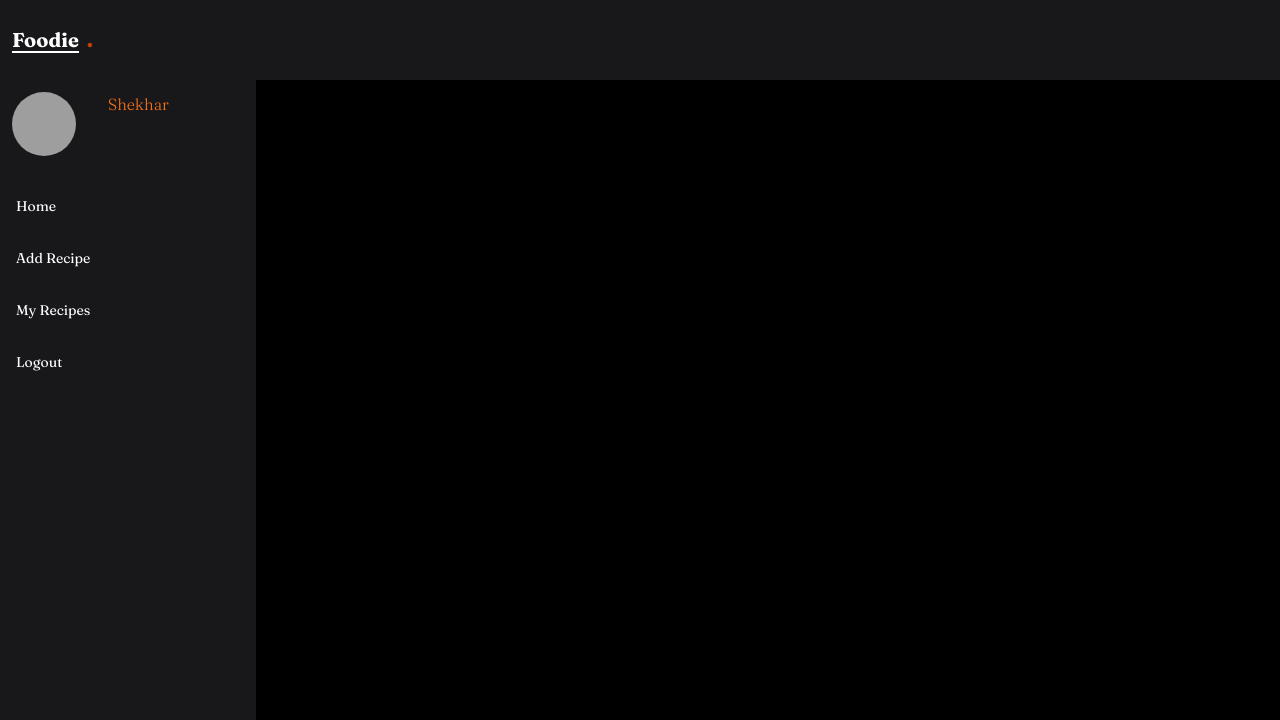
Repository: chandra11148/Foodie
Page: /dashboard (app in Frontend/)
These files come from the project's save history. The page is drawn as it stood at one moment and after the next save; the edit follows.
The browser window is 1280 px wide. The pictures show the whole page.
Pictures or frames that could not be fetched are drawn as grey boxes. The page's requests for data from a server got no answer. An inner scrolling area shows only its first screen. The project was rebuilt for these pictures with package versions that can differ from the ones it lists, and the page was loaded fresh each time. No one was signed in, and anything a server would have sent is missing. Also part of the build but not shown: Frontend/vite.config.ts, Frontend/src/components/form.tsx, Frontend/src/components/input.tsx, Frontend/src/utils/validate-email.ts, Frontend/src/utils/index.ts, Frontend/src/pages/Landing/index.tsx.

Above is the page before, as saved 2024-02-25 18:49:03.

### Frontend/index.html
<!doctype html>
<html lang="en">
  <head>
    <meta charset="UTF-8" />
    <link rel="icon" type="image/svg+xml" href="/vite.svg" />
    <meta name="viewport" content="width=device-width, initial-scale=1.0" />
    <title>Foodie</title>
  </head>
  <body>
    <div id="root"></div>
    <script type="module" src="/src/main.tsx"></script>
  </body>
</html>

### Frontend/src/main.tsx
import React from 'react'
import ReactDOM from 'react-dom/client'
import App from './App.tsx'
import './index.css'
import { AuthenticationContextProvider } from './context/auth-context.tsx'

ReactDOM.createRoot(document.getElementById('root')!).render(
  <React.StrictMode>
    <AuthenticationContextProvider>
      <App />
    </AuthenticationContextProvider>

  </React.StrictMode>,
)

### Frontend/src/App.tsx
import { Suspense, useState } from "react";
import { createBrowserRouter, RouterProvider } from "react-router-dom";
import { Landing } from "./pages/Landing";
import { Home } from "./pages/Dashboard";
import { DashboardLayout } from "./layouts";

function App() {
  const router = createBrowserRouter([
    {
      path: "/",
      element: <Landing/>,
      errorElement: <div>ErrorPage</div>,
    },
    {
      path:"/dashboard",
      element:<DashboardLayout/>,
      errorElement: <div>Error page 2</div>,
      children:[
        {
          path:'/dashboard',
          element: <Home/>
        }
      ]
    }
  ]);

  return (

      <div className="h-[100vh] w-[100vw]">
        <Suspense fallback={<div>Loading</div>}>
          <RouterProvider
            router={router}
            fallbackElement={<div>Fallback Element</div>}
          />
        </Suspense>
      </div>
  );
}

export default App;

### Frontend/src/index.css
@import url('https://fonts.googleapis.com/css2?family=Fraunces:ital,opsz,wght@0,9..144,100..900;1,9..144,100..900&display=swap');

@tailwind base;
@tailwind components;
@tailwind utilities;

body{
    padding: 0;
    margin: 0;
}
#root{
    padding: 0;
    margin: 0;
}

### Frontend/src/context/auth-context.tsx
import { useState, createContext, useEffect, ReactNode } from "react";
import { AUTH_TYPE, ILOGINRESPONSE } from "../@types";
import { useAuth } from "../hooks";

export const AuthenticationContext = createContext<AUTH_TYPE | null>(null);

export const AuthenticationContextProvider = ({
  children,
}: {
  children: ReactNode;
}) => {
  const { loading, login } = useAuth();
  const [user, setUser] = useState<string>("");

  useEffect(() => {
    const token = sessionStorage.getItem("token");
    const storedUser = sessionStorage.getItem("email");

    if (storedUser !== undefined && storedUser !== null && token) {
      setUser(storedUser);
    }
  }, []);

  const onLogin = async (payload: {
    email: string;
    password: string;
  }): Promise<any> => {
    const response: ILOGINRESPONSE = await login(payload);
    if (response) {
      sessionStorage.setItem("token", response?.token);
      sessionStorage.setItem("email", response?.email);
      sessionStorage.setItem("id", response?.id);

      setUser(response?.email);
      return (window.location.href = "/dashboard");
    }
  };

  const onLogout = (): any => {
    sessionStorage.removeItem("token");
    sessionStorage.removeItem("email");
    sessionStorage.removeItem("id");
    return (window.location.href = "/");
  };
  return (
    <AuthenticationContext.Provider
      value={{
        user,
        loading,
        onLogin,
        onLogout,
      }}
    >
      {children}
    </AuthenticationContext.Provider>
  );

}

### Frontend/src/layouts/index.ts
import { DashboardLayout } from "./dashboard";

export { DashboardLayout };

### Frontend/src/hooks/index.ts
import { useAuth } from "./auth";
export { useAuth };

### Frontend/src/components/index.tsx
import { Form } from './form';
import { Input } from './input';
import { Button } from './button';

export { Button, Input, Form };

### Frontend/src/context/index.ts
import { AuthenticationContext,AuthenticationContextProvider } from "./auth-context";
export { AuthenticationContext,AuthenticationContextProvider };

### Frontend/src/layouts/dashboard.tsx
import { useContext, useLayoutEffect } from "react";
import { AuthenticationContext } from "../context";
import { AUTH_TYPE } from "../@types";
import { useNavigate, useParams } from "react-router-dom";
import { NavLink } from "react-router-dom";
import { Button } from "../components";

const routes = [
  { name: "Home", to: "/dashboard" },
  { name: "Add Recipe", to: "/dashboard/addrecipe" },
  { name: "My Recipes", to: "/dashboard/myrecipe" },
];

export const DashboardLayout = () => {
  const navigate = useNavigate();
  const pathname = useParams().pathname;
  useLayoutEffect(() => {
    if (!sessionStorage.getItem("email") && !sessionStorage.getItem("token")) {
      navigate("/");
    }
  }, []);
  const { onLogout, loading } = useContext(AuthenticationContext) as AUTH_TYPE;
  return (
    <div className="w-full h-full bg-black overflow-x-hidden">
      <div className="h-[60px] md:h-[80px] bg-zinc-900 flex items-center justify-between px-3 sticky top-0 z-50">
        <div className="flex items-center">
          <h2 className="text-white font-bold text-xl underline-offset-4 underline">
            <NavLink to="/dashboard">Foodie</NavLink>
          </h2>
          <span className="text-orange-700 font-extrabold text-xl pl-2">.</span>
        </div>
      </div>
      <div className="flex flex-col md:flex-row w-full h-full z-10 relative">
        <div className="hidden md:block bg-zinc-900 h-full w-[20%] fixed">
          <div className="md:flex gap-8 items-start w-full p-3">
            <img
              className="h-16 w-16 object-cover rounded-full"
              src="https://images.unsplash.com/photo-1506794778202-cad84cf45f1d?ixlib=rb-4.0.3&ixid=MnwxMjA3fDB8MHxwaG90by1wYWdlfHx8fGVufDB8fHx8&auto=format&fit=crop&w=387&q=80"
              alt="A image"
            />
            <div>
              <p className="text-orange-500 font-light">Shekhar</p>
            </div>
          </div>
          <div className="flex flex-col gap-y- mt-3">
          {routes.map(({ name, to }) => (
            <NavLink
              key={name + to}
              to={to}
              className={({ isActive }) =>
                isActive && pathname === to
                  ? "text-white text-sm bg-orange-500 p-4"
                  : "text-white text-sm hover:bg-orange-500 p-4"
              }
            >
              {name}
            </NavLink>
          ))}
          <Button
            title="Logout"
            handleClick={onLogout}
            className="text-white text-sm text-left hover:bg-orange-500 p-4"
          />
          </div>
        </div>

      </div>
    </div>
  );
};

### Frontend/src/hooks/auth.ts
import { useState } from "react"
import { instance } from "../config";
import { ILOGINRESPONSE } from "../@types";

export const useAuth = () => {
    const [loading, setLoading] = useState<boolean>(false);

    const login = async (payload: {email:string,password:string}): Promise<ILOGINRESPONSE | void> => {
        try{
            setLoading(true);
            const response = await instance.post("/auth/join",payload);
            if(response){
                return response?.data;
            }
        }catch(error){
            console.log(error);
        }finally{
            setLoading(false);
        }
    };
    return { loading, login };
}

### Frontend/src/components/button.tsx
export const Button = ({title,handleClick,type,className,...rest}:{
    title: string;
    handleClick?: () => void;
    className: string;
    type?: "button" | "submit" | "reset";
    [key: string]: unknown;
}) => {
    return (
        <button {...rest}
            onClick={handleClick}
            type={type ? type:"button"}
            className={`${className}`}
        >
            {title}
        </button>
    )
}

### Frontend/src/config/index.ts
import { instance } from "./axios";
export { instance }

### Frontend/src/config/axios.ts
import axios from "axios";
import cogoToast from "cogo-toast";

export const instance = axios.create({
    baseURL: import.meta.env.VITE_BASE_URL_DEV,
    headers:{
        "Access-Control-Allow-Origin":"*",
    },
});

instance.interceptors.request.use(
    (config) => {
        let authState = window.sessionStorage.getItem("token");
        config.headers.Authorization = `Bearer ${authState}`;
        return config;
    },
    (error) => Promise.reject(error)
);
instance.interceptors.response.use(
    (response) => {
        return response;
    },
    (error) => {
        if(error.response.status === 401){
            sessionStorage.clear();
            cogoToast.warn("Session timed out");
            window.location.href = '/';
        }
        return Promise.reject(error);
    }
);
instance.interceptors.response.use(
    (response) => {
        if(response.status === 200){
            if(response.data.message === "" || response.data.message === undefined){
                console.log("");
            }else{
                cogoToast.success(response.data.message);
            }
        }
        return response;
    },
    (error) => {
        if(!error?.response?.data){
            return;
        }
        if(error.response.status >= 300){
            return cogoToast.error(
                !!error.response.data.error ? error.response.data.error:" Check your Internet Connection"
            );
        }
        return Promise.reject(error);
    }
)

### Frontend/tailwind.config.js
/** @type {import('tailwindcss').Config} */
export default {
  content: [
    "./index.html",
    "./src/**/*.{js,ts,jsx,tsx}",
  ],
  theme: {
    extend: {
      screens: {
        'sm': '640px',
        // => @media (min-width: 640px) { ... }

        'md': '768px',
        // => @media (min-width: 768px) { ... }

        'lg': '1024px',
        // => @media (min-width: 1024px) { ... }

        'xl': '1280px',
        // => @media (min-width: 1280px) { ... }

        '2xl': '1536px',
        // => @media (min-width: 1536px) { ... }
      },
      fontFamily: {
        sans: ["Fraunces","serif"],
      }
    },
  },
  plugins: [],
}

Loaded but not shown: Frontend/src/pages/Dashboard/index.tsx (no stored copy; drawn as an empty file)

After the next save:
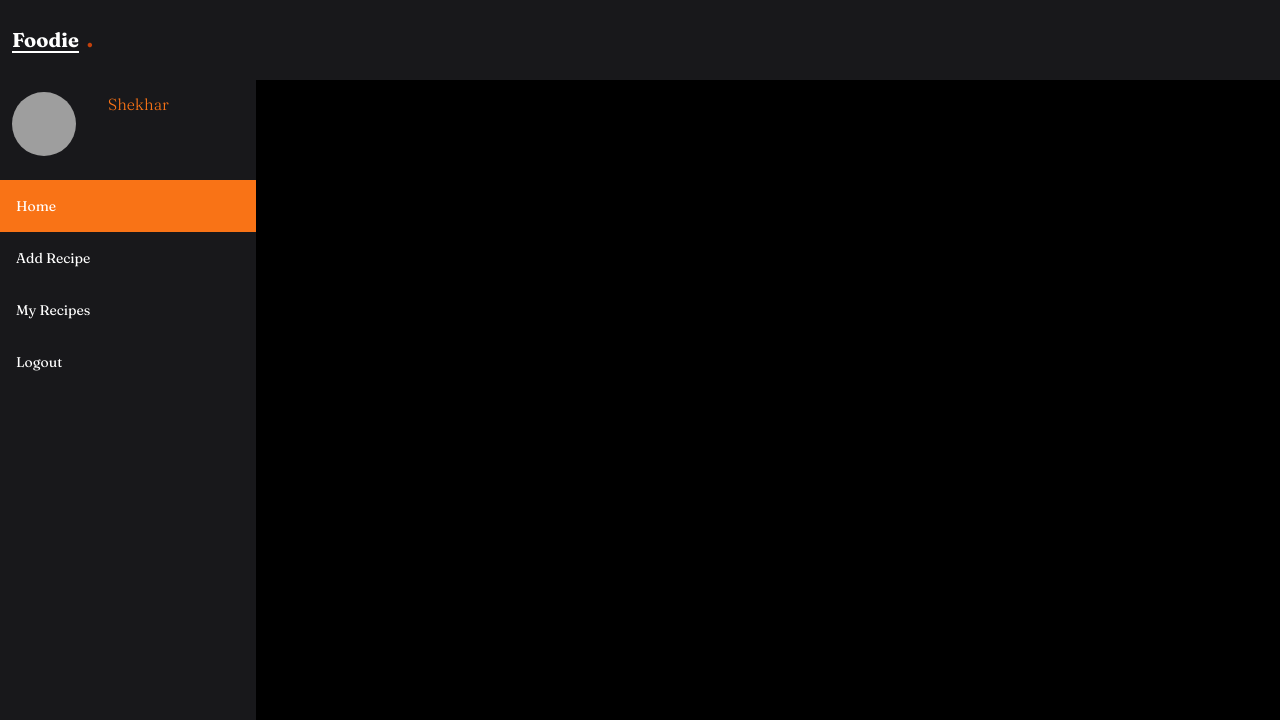
Saved 83 s later.
--- a/Frontend/src/layouts/dashboard.tsx
+++ b/Frontend/src/layouts/dashboard.tsx
@@ -1,7 +1,7 @@
 import { useContext, useLayoutEffect } from "react";
 import { AuthenticationContext } from "../context";
 import { AUTH_TYPE } from "../@types";
-import { useNavigate, useParams } from "react-router-dom";
+import { useLocation, useNavigate } from "react-router-dom";
 import { NavLink } from "react-router-dom";
 import { Button } from "../components";
 
@@ -13,7 +13,7 @@ const routes = [
 
 export const DashboardLayout = () => {
   const navigate = useNavigate();
-  const pathname = useParams().pathname;
+  const pathname = useLocation().pathname;
   useLayoutEffect(() => {
     if (!sessionStorage.getItem("email") && !sessionStorage.getItem("token")) {
       navigate("/");
